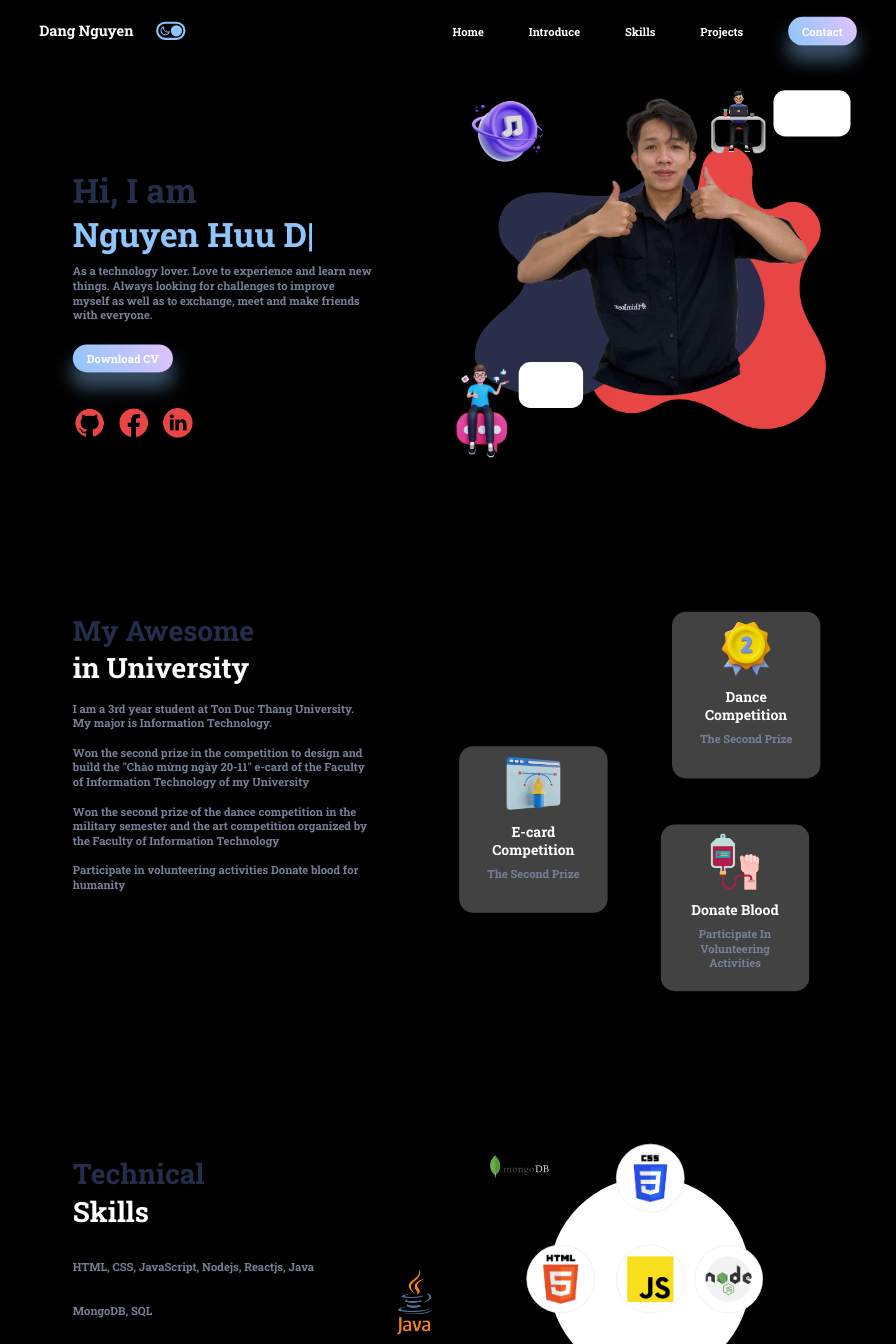
Repository: huudang2840/my_portfolio
Page: /
These files come from the project's save history. The page is drawn as it stood at one moment and after the next save; the edit follows.
The browser window is 1280 px wide. The pictures show the part of the page from y = 0 to 1920 px (the page is 4778 px tall), at 70% of full size.
The project was rebuilt for these pictures with package versions that can differ from the ones it lists, and the page was loaded fresh each time.

Above is the page before, as saved 2022-06-12 00:13:02.

### public/index.html
<!DOCTYPE html>
<html lang="en">
  <head>
    <meta charset="utf-8" />
    <meta name="viewport" content="width=device-width, initial-scale=1" />
    <meta name="theme-color" content="#000000" />
    <meta name="description" content="Web site created using create-react-app" />
    <link rel="preconnect" href="https://fonts.googleapis.com" />
    <link rel="preconnect" href="https://fonts.gstatic.com" crossorigin />
    <link
      href="https://fonts.googleapis.com/css2?family=Roboto+Slab:wght@700&display=swap"
      rel="stylesheet"
    />
    <style>
      * {
        font-family: "Roboto Slab", serif;
        font-weight: normal;
        font-style: 20px;
      }
      body {
        margin: 0;
      }
    </style>
    <!--
      manifest.json provides metadata used when your web app is installed on a
      user's mobile device or desktop. See https://developers.google.com/web/fundamentals/web-app-manifest/
    -->
    <!--
      Notice the use of %PUBLIC_URL% in the tags above.
      It will be replaced with the URL of the `public` folder during the build.
      Only files inside the `public` folder can be referenced from the HTML.

      Unlike "/favicon.ico" or "favicon.ico", "%PUBLIC_URL%/favicon.ico" will
      work correctly both with client-side routing and a non-root public URL.
      Learn how to configure a non-root public URL by running `npm run build`.
    -->
    <title>React App</title>
  </head>
  <body>
    <noscript>You need to enable JavaScript to run this app.</noscript>
    <div id="root"></div>
    <!--
      This HTML file is a template.
      If you open it directly in the browser, you will see an empty page.

      You can add webfonts, meta tags, or analytics to this file.
      The build step will place the bundled scripts into the <body> tag.

      To begin the development, run `npm start` or `yarn start`.
      To create a production bundle, use `npm run build` or `yarn build`.
    -->
  </body>
</html>

### src/App.js
import Navbar from "./Components/Navbar/Navbar";
import "./App.css";
import Intro from "./Components/Intro/Intro";
import Introduce from "./Components/Introduce/Introduce";
import Skill from "./Components/Skills/Skill";
import Project from "./Components/Project/Project";
import Comment from "./Components/Comment/Comment";
import Contact from "./Components/Contact/Contact";
import Footer from "./Components/Footer/Footer";
import { themeContext } from "./Context";
import { useContext } from "react";

function App() {
  const theme = useContext(themeContext);
  const darkMode = theme.state.darkMode;
  console.log(darkMode);
  return (
    <div
      className="App"
      style={{ background: darkMode ? "" : "black", color: darkMode ? "" : "white" }}
    >
      <Navbar />
      <Intro />
      <Introduce />
      <Skill />
      <Project />
      <Comment />
      <Contact />
      <Footer />
    </div>
  );
}

export default App;

### src/Context.js
import { createContext, useReducer } from "react";

export const themeContext = createContext();

const initialState = { darkMode: false };

const themeReducer = (state, action) => {
  switch (action.type) {
    case "toggle":
      return { darkMode: !state.darkMode };
    default:
      return state;
  }
};

export const ThemeProvider = (props) => {
  const [state, dispatch] = useReducer(themeReducer, initialState);
  return (
    <themeContext.Provider value={{ state, dispatch }}>{props.children}</themeContext.Provider>
  );
};

### src/Components/Navbar/Navbar.jsx
import React from "react";
import "./Navbar.css";
import Toggle from "../Toggle/Toggle";
import { Link } from "react-scroll";

const Navbar = () => {
  return (
    <div className="n-wrapper">
      <div className="n-left">
        <div className="n-name">Dang Nguyen</div>
        <Toggle />
      </div>
      <div className="n-right">
        <div className="n-list">
          <ul style={{ listStyle: "none" }}>
            <Link spy={true} to="Navbar" smooth={true} activeClass="activeClass">
              <li className="n-item">Home</li>
            </Link>
            <Link spy={true} to="Introduce" smooth={true}>
              <li className="n-item">Introduce</li>
            </Link>
            <Link spy={true} to="Skills" smooth={true}>
              <li className="n-item">Skills</li>
            </Link>
            <Link spy={true} to="Project" smooth={true}>
              <li className="n-item">Projects</li>
            </Link>
          </ul>
        </div>
        <Link spy={true} to="Contact" smooth={true}>
          <button className="button n-button">Contact</button>
        </Link>
      </div>
    </div>
  );
};

export default Navbar;

### src/App.css
:root {
  --yellow: #f5c32c;
  --orange: #fca61f;
  --black: #242d49;
  --gray: #788097;
  --blue: #8ec5fc;
  --blueCard2: #6eb2f7;
  --blueCard: #ddf8fe;
  --purple: rgb(238 210 255);
  --boxShadow: 0px 19px 60px rgb(0 0 0 / 8%);
  --orangeCard: rgba(252, 166, 31, 0.45);
  --smboxShadow: -79px 51px 60px rgba(0, 0, 0, 0.08);
}

.App {
  padding: 0.5rem 3.5rem;
  overflow: hidden;
  color: var(--black);
}

.button {
  border-radius: 34px;
  border: none;
  color: white;
  font-size: 16px;
  padding: 10px 20px;
  background: linear-gradient(62deg, #8ec5fc 0%, #e0c3fc 100%);
  box-shadow: 0px 20px 24px 3px #8ec5fc65;
}

.button:hover {
  background: white;
  cursor: pointer;
  color: var(--blue);
  border: 1px solid var(--blue);
}

### src/Components/Contact/Contact.jsx
import React, { useRef, useState } from "react";
import "./Contact.css";
import "../Introduce/Introduce";
import emailjs from "@emailjs/browser";
import { themeContext } from "../../Context";
import { useContext } from "react";

const Contact = () => {
  const form = useRef();
  const [done, setDone] = useState(false);

  const theme = useContext(themeContext);
  const darkMode = theme.state.darkMode;

  const sendEmail = (e) => {
    e.preventDefault();

    emailjs.sendForm("service_mpucvz5", "template_bf8vzpv", form.current, "5KF476gcvLuOiv28W").then(
      (result) => {
        console.log(result.text);
        setDone(true);
      },
      (error) => {
        console.log(error.text);
      }
    );
  };

  return (
    <div className="contact" id="Contact">
      {/* Left */}
      <div className="c-left">
        <span style={{ color: darkMode ? "white" : "" }}>Get in touch</span>
        <span>Contact me</span>
        <div className="blur c-blur1" style={{ background: "#ABF1FF94" }}></div>
      </div>
      {/* Right */}

      <div className="c-right">
        <form ref={form} onSubmit={sendEmail}>
          <input className="user" type="text" name="user_name" placeholder="Name" />
          <input className="user" type="email" name="user_email" placeholder="Email" />
          <textarea className="user" type="text" name="message" placeholder="Message" />
          <input type="submit" value="Send" className="button" />
          <span className="c-thanks">{done && "Thank you, I got your email! <3"}</span>
          <div className="blur c-blur1" style={{ background: "var(--purple)" }}></div>
        </form>
      </div>
    </div>
  );
};

export default Contact;

### src/Components/Footer/Footer.jsx
import React from "react";
import "./Footer.css";

import Facebook from "@iconscout/react-unicons/icons/uil-facebook";
import Github from "@iconscout/react-unicons/icons/uil-github";
import Email from "@iconscout/react-unicons/icons/uil-envelope";
import LinkedIn from "@iconscout/react-unicons/icons/uil-linkedin";

const Footer = () => {
  return (
    <div className="footer">
      <div className="f-content">
        <span>dangnguyen2842@gmail.com</span>
        <div className="f-icons">
          <a
            target="_blank"
            rel="noreferrer"
            href="mailto:dangnguyen2842@gamil.com?"
            style={{ color: "white" }}
          >
            <Email size="3rem"></Email>
          </a>
          <a
            target="_blank"
            rel="noreferrer"
            href="https://www.facebook.com/dangdang.28/"
            style={{ color: "white" }}
          >
            <Facebook size="3rem"></Facebook>
          </a>
          <a
            target="_blank"
            rel="noreferrer"
            href="https://github.com/huudang2840"
            style={{ color: "white" }}
          >
            <Github size="3rem"></Github>
          </a>

          <a
            target="_blank"
            rel="noreferrer"
            href="https://www.linkedin.com/in/đăng-nguyễn-7a4b04240/"
            style={{ color: "white" }}
          >
            <LinkedIn size="3rem"></LinkedIn>
          </a>
        </div>
      </div>
    </div>
  );
};

export default Footer;

### src/Components/Navbar/Navbar.css
.n-wrapper {
  height: 10vh;
  display: flex;
  justify-content: space-between;
}

.n-left {
  flex: 1;
  align-items: center;
  display: flex;
  gap: 2rem;
}

.n-name {
  font-size: 1.3rem;
  font-weight: bold;
}

.n-right {
  display: flex;
  flex: 1;
  align-items: center;
  justify-content: center;
}

.n-list {
  flex: 10;
}

.n-list > ul {
  display: flex;
  gap: 4rem;
  margin-right: 4rem;
  cursor: pointer;
}

.n-item:hover {
  cursor: pointer;
  color: var(--redPrimary);
}

.n-button {
  flex: 2;
}

@media screen and (max-width: 480px) {
  .n-list {
    display: none;
  }
  .n-button {
    display: none;
  }
}

### src/Components/Toggle/Toggle.jsx
import React from "react";
import "./Toggle.css";
import Sun from "@iconscout/react-unicons/icons/uil-sun";
import Moon from "@iconscout/react-unicons/icons/uil-moon";
import { themeContext } from "../../Context";
import { useContext } from "react";

const Toggle = () => {
  const theme = useContext(themeContext);
  const darkMode = theme.state.darkMode;
  const handleClick = () => {
    theme.dispatch({ type: "toggle" });
  };
  return (
    <div className="toggle" onClick={handleClick}>
      <Moon />
      <Sun />
      <div className="t-button" style={darkMode ? { left: "2px" } : { right: "2px" }}></div>
    </div>
  );
};

export default Toggle;

### src/Components/FloatingDiv/FloatingDiv.jsx
import React from "react";
import "./Floating.css";
import { themeContext } from "../../Context";
import { useContext } from "react";

const FloatingDiv = ({ image, txt1 }) => {
  const theme = useContext(themeContext);
  const darkMode = theme.state.darkMode;
  return (
    <div className="f-wrapper">
      <img className="f-img" src={image} alt="" />
      <div className="floatingdiv">
        <span style={{ color: darkMode ? "black" : "" }}>{txt1}</span>
      </div>
    </div>
  );
};

export default FloatingDiv;

### src/Components/Introduce/Introduce.css
.introduce {
  display: flex;
  padding: 0 3rem 0 3rem;
  height: 90vh;
  margin-bottom: 8rem;
  margin-top: 5rem;
}

.infor {
  display: flex;
  flex: 1;
  flex-direction: column;
  position: relative;
}

.infor > :nth-child(1) {
  color: var(--black);
  font-size: 2.5rem;
  font-weight: bold;
}

.infor > :nth-child(2) {
  color: var(--redPrimary);
  font-size: 2.5rem;
  font-weight: bold;
}

.infor > :nth-child(3) {
  color: var(--gray);
  max-width: 80%;
}

.in-button {
  margin-top: 3rem;
  width: 10rem;
  height: 2.5rem;
}

.cards {
  flex: 1;
  position: relative;
}
.cards > * {
  position: absolute;
}
@media screen and (max-width: 480px) {
  .introduce {
    margin-top: 15rem;
    flex-direction: column;
    padding-bottom: 70vh;
  }
  .infor > :nth-child(3) {
    max-width: 100%;
  }
  .cards {
    display: flex;
    flex-direction: column;
    margin-top: 20px;
    margin-left: 1rem;
    gap: 17rem;
  }
  .cards > * {
    position: static;
  }
}

### src/Components/Card/Card.jsx
import React from "react";
import "./Card.css";

const Card = ({ emoij, heading, detail }) => {
  return (
    <div className="card">
      <img src={emoij} alt="" />
      <span>{heading}</span>
      <span>{detail}</span>
    </div>
  );
};

export default Card;

### src/Components/Skills/Skill.css
.skill {
  padding: 0 3rem 0 3rem;
  display: flex;
  height: 90vh;
  margin-top: 4rem;
}

.sk-right {
  flex: 1;
  position: relative;
}
.sk-right > img {
  position: absolute;
  max-width: 6rem;
}

.sk-mainCircle {
  left: 9rem;
  position: relative;
  width: 18rem;
  height: 18rem;
  border-radius: 100%;
  box-shadow: var(--smboxShadow);
  top: 2rem;
  background: white;
  z-index: 3;
}
.sk-mainCircle > * {
  position: absolute;
}

.sk-mainCircle > :nth-child(1) {
  top: -3rem;
  left: 6rem;
}

.sk-mainCircle > :nth-child(2) {
  top: 6rem;
  left: -2rem;
}
.sk-mainCircle > :nth-child(3) {
  top: 6rem;
  left: 6rem;
}
.sk-mainCircle > :nth-child(4) {
  top: 15rem;
  left: 5rem;
}

.sk-mainCircle > :nth-child(5) {
  top: 6rem;
  left: 13rem;
}

.sk-secCircle img {
  max-width: 4.7rem;
}
.sk-secCircle {
  width: 6rem;
  height: 6rem;
  position: absolute;
  border-radius: 100%;
  border: 1px solid #ebebeb;
  display: flex;
  align-items: center;
  justify-content: center;
  background: white;
  z-index: 3;
}

.sk-backCircle {
  position: absolute;
  height: 13rem;
  width: 13rem;
  z-index: 2;
  border-radius: 100%;
}
.blueCircle {
  background: var(--bluePrimary);
  left: 18rem;
  top: 0rem;
  z-index: 1;
}

.redCircle {
  background: var(--redPrimary);
  left: 18rem;
  z-index: 1;
  top: 8rem;
}
@media screen and (max-width: 480px) {
  .skill {
    flex-direction: column;
  }
  .sk-right {
    transform: scale(0.75);
  }
  .sk-mainCircle {
    left: 5rem;
  }
  .blueCircle {
    left: 14rem;
  }
  .redCircle {
    left: 14rem;
  }
}

### src/Components/Project/Project.css
.project {
  display: flex;
  align-items: center;
  justify-content: center;
  flex-direction: column;
  height: 70vh;
  padding-bottom: 10rem;
}

.project span:nth-child(1) {
  color: var(--black);
  font-size: 2.5rem;
  font-weight: bold;
}

.project .swiper {
  overflow: hidden !important;
}

.project-slider {
  margin-top: 3rem;
  width: 100%;
}

.project-slider .swiper-slide {
  width: 25rem;
}

.project img {
  width: 25rem;
  filter: drop-shadow(-12px 15px 13px rgba(0, 0, 0, 0.25));
  border-radius: 25px;
}

### src/Components/ProjectCard/ProjectCard.jsx
import React from "react";
import "./ProjectCard.css";

const ProjectCard = ({ link, img, darkMode, title }) => {
  return (
    <div className="p-wrapper">
      <a href={link} target="_blank" rel="noreferrer">
        <img src={img} alt="" style={{ height: "225px" }} />
      </a>
      <span style={{ color: darkMode ? "white" : "" }}>{title}</span>
    </div>
  );
};

export default ProjectCard;

### src/Components/Comment/Comment.css
.c-wapper {
  padding: 0 3rem 0 3rem;
  height: 100vh;
  display: flex;
  align-items: center;
  justify-content: center;
  margin-top: 7rem;
  flex-direction: column;
  gap: 2rem;
  position: relative;
}
.c-heading {
  align-self: start;
}
.c-heading > * {
  font-size: 2rem;
  font-weight: bold;
}
.c-heading span:nth-of-type(2) {
  color: var(--blue);
}

.c-blur1 {
  left: 55rem;
  top: 20rem;
}
.c-blur2 {
  top: 10rem;
  left: 0;
}
.comment {
  display: flex;
  flex-direction: column;
  align-items: center;
  justify-content: space-evenly;
  padding: 2rem;
  width: 40rem;
  height: 20rem;
  background: rgba(255, 255, 255, 0.26);
  border: 7px solid var(--blueCard);
  box-shadow: var(--boxShadow);
  border-radius: 20px;
}
.comment > img {
  width: 6rem;
  height: 6rem;
  border-radius: 100%;
}
.comment > span {
  color: var(--gray);
}

.c-wapper .swiper-container {
  width: 100%;
  height: 70%;
}

.c-wapper .swiper-slide {
  display: flex;
  align-items: center;
  justify-content: center;
}

.c-wapper .swiper-pagination-bullet-active {
  background: var(--blue);
}

### src/Components/Contact/Contact.css
.contact {
  padding: 0 3rem;
  display: flex;
  height: 80vh;
  margin-top: 5rem;
}

.c-left {
  display: flex;
  flex-direction: column;
  position: relative;
}

.c-left span:nth-child(1) {
  color: var(--black);
  font-size: 3rem;
  font-weight: bold;
}

.c-left span:nth-child(2) {
  color: var(--blue);
  font-size: 3rem;
  font-weight: bold;
}

.c-right {
  display: flex;
  justify-content: center;
  position: relative;
  flex: 1;
}

.c-right > form {
  display: flex;
  flex-direction: column;
  gap: 2rem;
  align-items: center;
}

.c-right .user {
  width: 20rem;
  height: 2rem;
  padding: 0.3rem;
  outline: none;
  border: 2px solid var(--blue);
  border-radius: 8px;
  font-size: 16px;
}

textarea {
  height: 4rem !important;
}

.c-blur1 {
  top: 5rem;
  left: 8rem;
}

.c-thanks {
  color: var(--redPrimary) !important;
  font-size: 20px;
}

@media screen and (max-width: 480px) {
  .contact {
    flex-direction: column;
    gap: 2rem;
  }
  .c-left > span:nth-child(1) {
    font-size: 40px;
  }
}

### src/Components/Footer/Footer.css
.footer {
  display: flex;
  height: 30vh;
  background: var(--bluePrimary);
  align-items: center;
  margin: -0.5rem -3.5rem;
  position: relative;
  margin-top: 7rem;
}

.f-content {
  position: absolute;
  display: flex;
  align-items: center;
  justify-content: center;
  flex-direction: column;
  width: 100%;
  gap: 2rem;
  color: white;
}

.f-icons {
  display: flex;
  width: 15rem;
  justify-content: space-around;
}
@media screen and (max-width: 480px) {
  .footer {
    height: 20vh;
  }
}

### src/Components/Toggle/Toggle.css
.toggle {
  display: flex;
  justify-content: space-between;
  border: 3px solid var(--blue);
  border-radius: 1rem;
  position: relative;
  padding: 2px;
  cursor: pointer;
}

.toggle > * {
  width: 1rem;
  height: 1rem;
  color: var(--blue);
}

.t-button {
  border-radius: 100%;
  background-color: var(--blue);
  position: absolute;
}

### src/Components/FloatingDiv/Floating.css
.f-wrapper {
  display: flex;
}
.floatingdiv {
  display: flex;
  height: 4rem;
  width: 100%;
  background: white;
  box-shadow: var(--boxShadow);
  border-radius: 17px;
  align-items: center;
  padding: 1px 16px;
  margin-left: 10px;
}

.f-img {
  max-width: 5rem;
}

.floatingdiv > span {
  font-family: sans-serif;
  font-size: 17px;
}

### src/Components/Card/Card.css
.card {
  width: 10rem;
  height: 13rem;
  position: absolute;
  display: flex;
  flex-direction: column;
  align-items: center;
  text-align: center;
  background: rgba(255, 255, 255, 0.26);
  border: 7px solid var(--redCard);
  border-radius: 20px;
  box-shadow: var(--boxShadow);
  padding: 0px 26px 30px 26px;
  gap: 0.2rem;
}
.card span:nth-of-type(1) {
  margin-top: 0.2rem;
  font-size: 20px;
}

.card span:nth-of-type(2) {
  margin-top: 0.5rem;
  color: var(--gray);
  font-size: 16px;
}
.card img {
  max-width: 6rem;
  margin-top: 0.3rem;
}

### src/Components/ProjectCard/ProjectCard.css
.p-wrapper {
  display: flex;
  flex-direction: column;
  align-items: center;
}

.p-wrapper span {
  margin-top: 20px;
  color: var(--bluePrimary);
  font-size: 20px;
}

Loaded but not shown: src/index.js (15 lines, source omitted); src/Components/Intro/Intro.jsx (106 lines, source omitted); src/Components/Comment/Comment.jsx (65 lines, source omitted); src/Components/Skills/Skill.jsx (101 lines, source omitted); src/Components/Introduce/Introduce.jsx (86 lines, source omitted); src/Components/Intro/Intro.css (133 lines, source omitted); src/Components/Project/Project.jsx (66 lines, source omitted)

After the next save:
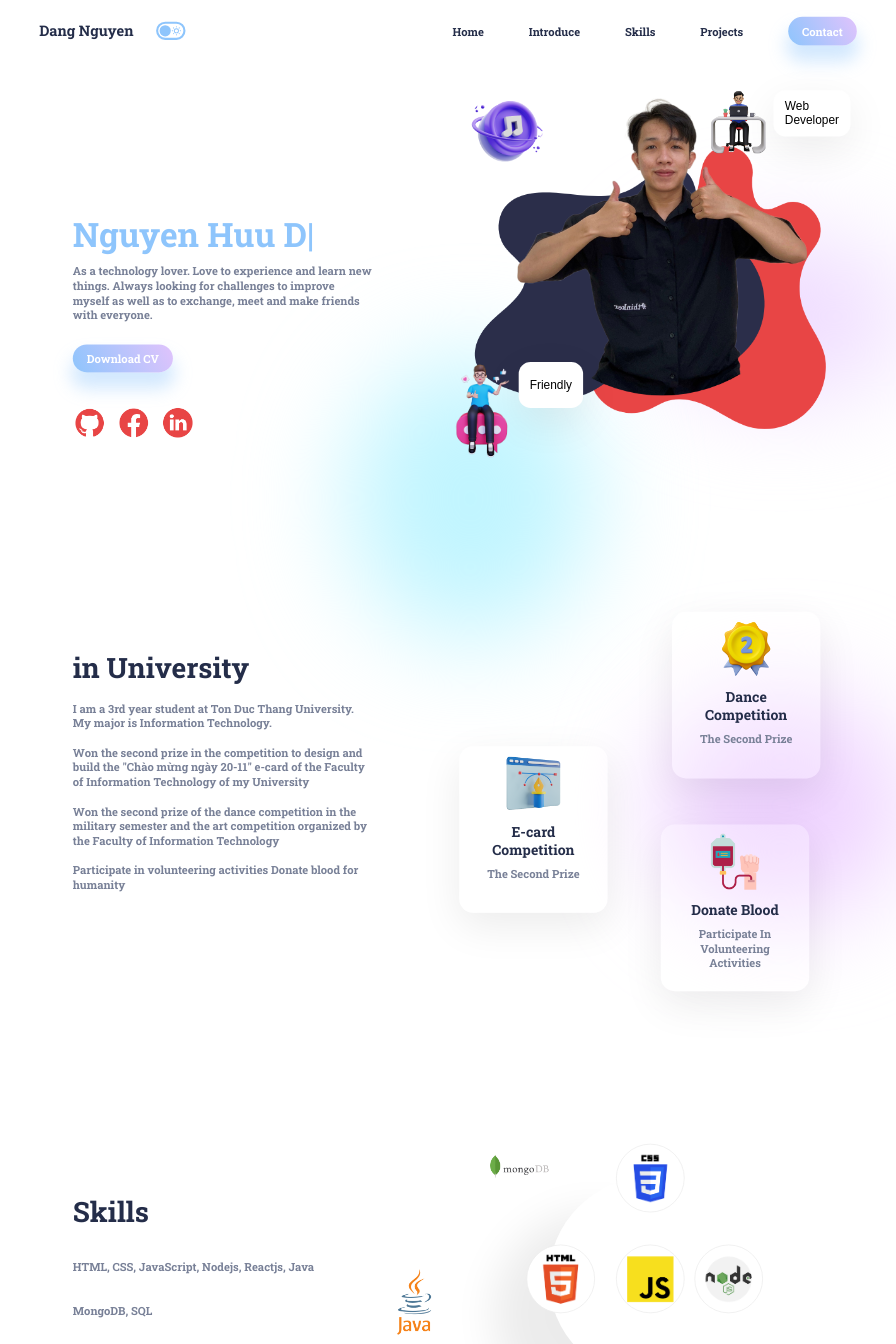
Saved 27 s later.
--- a/src/Context.js
+++ b/src/Context.js
@@ -2,7 +2,7 @@ import { createContext, useReducer } from "react";
 
 export const themeContext = createContext();
 
-const initialState = { darkMode: false };
+const initialState = { darkMode: true };
 
 const themeReducer = (state, action) => {
   switch (action.type) {

After the save that followed:
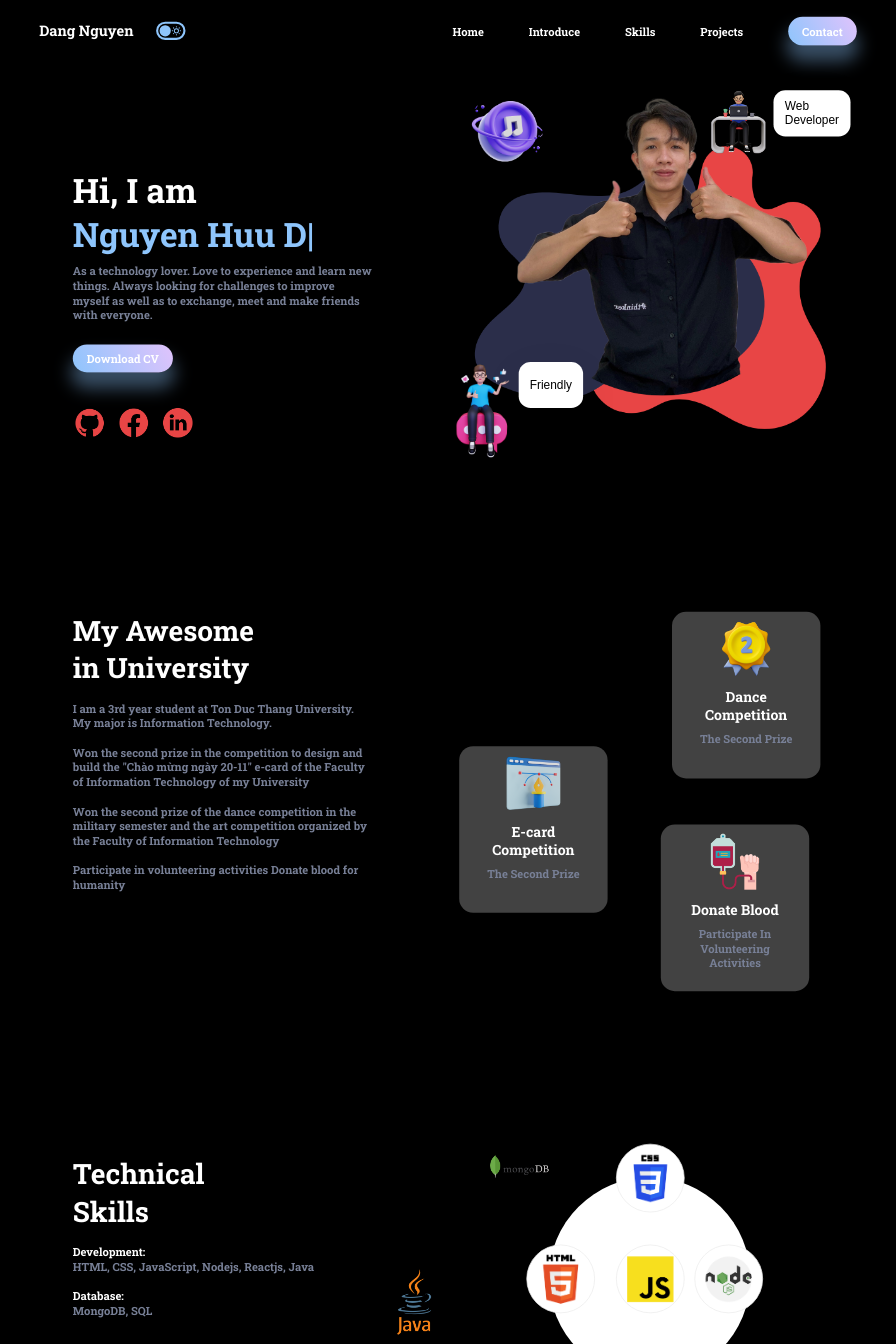
Saved 8 s later.
--- a/src/App.js
+++ b/src/App.js
@@ -17,7 +17,7 @@ function App() {
   return (
     <div
       className="App"
-      style={{ background: darkMode ? "" : "black", color: darkMode ? "" : "white" }}
+      style={{ background: darkMode ? "black" : "", color: darkMode ? "white" : "" }}
     >
       <Navbar />
       <Intro />
